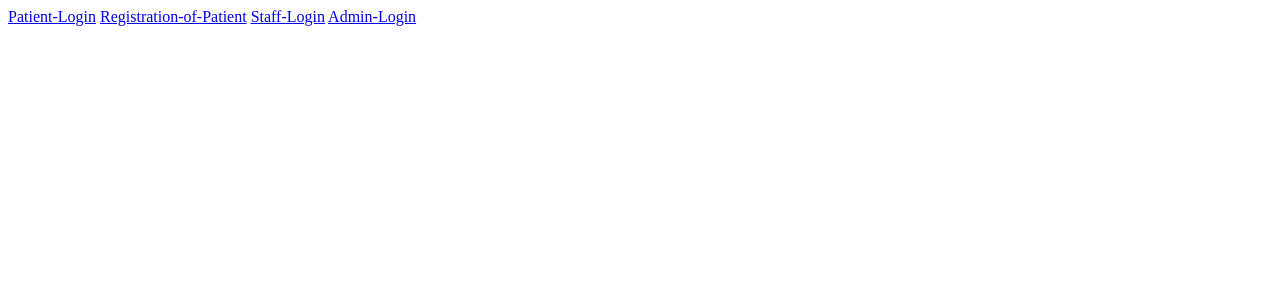
Repository: anujsoni10001/JSP-Servlet
Page: FinalProject/minor - Copy/Minor/WebContent/index.html
An editor plug-in stored every save of this project. The page is shown before and after the next save, followed by the edit.
The browser window is 1280 px wide. The pictures show the whole page.

Above is the page before, as saved 2019-03-23 04:35:43.

### FinalProject/minor - Copy/Minor/WebContent/index.html
<!DOCTYPE html>
<html>
<head>
<meta charset="ISO-8859-1">
<title>Insert title here</title>
</head>
<body>
<a href="Login.html">Patient-Login</a>
<a href="register.html">Registration-of-Patient</a>
<a href="stafflogin.html">Staff-Login</a>
<a href="adminlogin.html">Admin-Login</a>
</body>
</html>

After the next save:
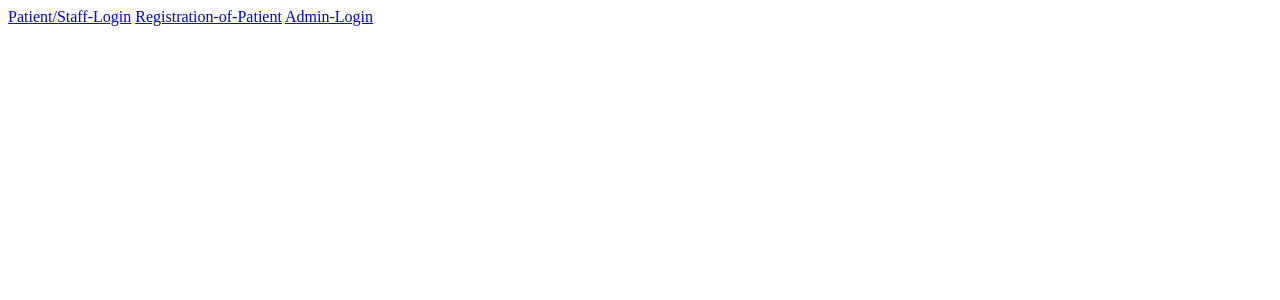
Saved 48 s later.
--- a/FinalProject/minor - Copy/Minor/WebContent/index.html
+++ b/FinalProject/minor - Copy/Minor/WebContent/index.html
@@ -5,9 +5,8 @@
 <title>Insert title here</title>
 </head>
 <body>
-<a href="Login.html">Patient-Login</a>
+<a href="Login.html">Patient/Staff-Login</a>
 <a href="register.html">Registration-of-Patient</a>
-<a href="stafflogin.html">Staff-Login</a>
 <a href="adminlogin.html">Admin-Login</a>
 </body>
 </html>
